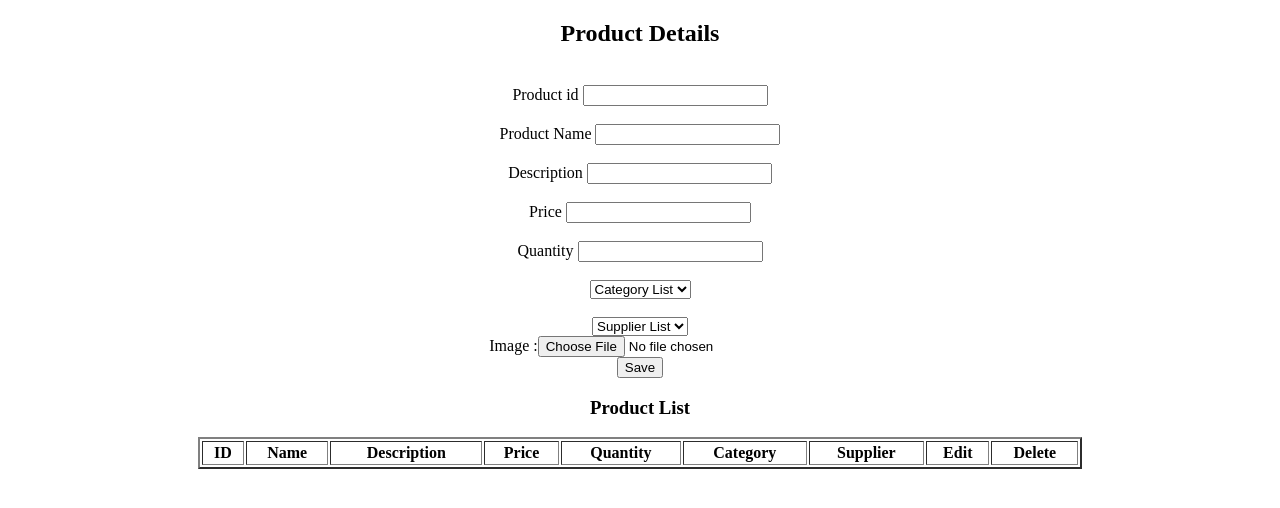
Repository: maravinthan006/springmvc
Page: http://localhost/shoppingcart/WEB-INF/view/Product.jsp
The author's editor kept a copy of each file at every save. The page is drawn from the files as they stood at one save, then again after the next save.
The browser window is 1280 px wide. The pictures show the whole page.
The page is served by Tomcat 9. Nobody is signed in. Other server files are loaded and not shown. The template is opened directly, without the code that normally fills it, so the values that code supplies are empty.

Above is the page before, as saved 2017-04-07 06:40:10.

### Workspace/shoppingcart/src/main/webapp/WEB-INF/view/Product.jsp
<%@ page language="java" contentType="text/html; charset=ISO-8859-1"
    pageEncoding="ISO-8859-1"%>
    <%@ taglib prefix="c"
           uri="http://java.sun.com/jsp/jstl/core" %>

<%@ taglib uri="http://www.springframework.org/tags/form" prefix="form" %>
<!DOCTYPE html PUBLIC "-//W3C//DTD HTML 4.01 Transitional//EN" "http://www.w3.org/TR/html4/loose.dtd">
<html>
<head>
<meta http-equiv="Content-Type" content="text/html; charset=ISO-8859-1">
<title>Product</title>
</head>
<body>
<center>
      <h2>Product Details</h2>


      <form:form action="saveproduct" commandName="product" method="post" enctype="multipart/form-data">
          <br> <label for="id">Product id</label>
          <input type="text" name="id" value="${values.id}" class="form-control" /><br>

          <br><label for="inputName">Product Name</label>
          <input type="text" name="name" value="${values.name}" class="form-control" /><br>

          <br><label for="inputDescription">Description</label>
          <input type="text" name="description" value="${values.description}" class="form-control" /><br>

          <br><label for="inputPrice">Price</label>
          <input type="text" name="price" value="${values.price}"  class="form-control" /><br>

          <br><label for="inputQuantity"> Quantity</label>
          <input type="text" name="quantity" value="${values.quantity}" class="form-control" /><br>

<br><select name="category_id">
<option value=category>Category List</option>
<c:forEach var="category" items="${category_drop}">
<option  value="${category.id}">${category.name} </option>
</c:forEach>
</select>
<br>

 <br><select name="supplier_id">
<option value=supplier>Supplier List</option>
<c:forEach var="supplier" items="${supplier_drop}">
<option value="${supplier.id}">${supplier.name}</option>
 </c:forEach>
</select>
<br>

 <label for="image">Image :</label><form:input path="image" type="file"/>
 <br> <button type="submit" class="btn btn btn-primary">
          Save
        </button>  <br>
        </form:form>
        </center>

    <div align="center"><h3>Product List</h3>
   		<table border="2" width="70%" cellpadding="2">
  			<tr>
				<th>ID</th>
				<th>Name</th>
				<th>Description</th>
				<th>Price</th>
				<th>Quantity</th>
				<th>Category</th>
				<th>Supplier</th>
				<th>Edit</th>
				<th>Delete</th>
			</tr>
   <c:forEach var="product" items="${productList}">
				<tr>
					<td>${product.id}</td>
					<td>${product.name}</td>
					<td>${product.description}</td>
					<td>${product.price}</td>
					<td>${product.quantity}</td>
					<td>${product.category_id}</td>
					<td>${product.supplier_id}</td>

					<td><a href="editproduct?productId=${product.id}">Edit</a></td>

					<td><a href="deleteproduct?productId=${product.id}">Delete</a></td>
				</tr>
			</c:forEach>
		</table>
    </div>
     </body>
</html>

After the next save:
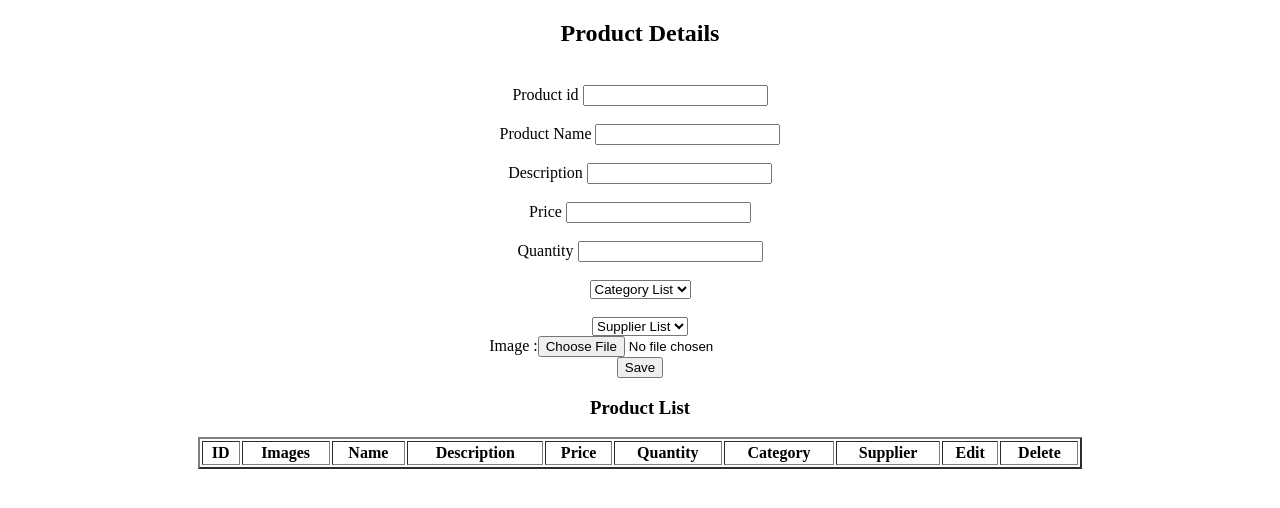
Saved 7 min 27 s later.
--- a/Workspace/shoppingcart/src/main/webapp/WEB-INF/view/Product.jsp
+++ b/Workspace/shoppingcart/src/main/webapp/WEB-INF/view/Product.jsp
@@ -58,6 +58,7 @@
    		<table border="2" width="70%" cellpadding="2">
   			<tr>
 				<th>ID</th>
+				<th>Images</th>
 				<th>Name</th>
 				<th>Description</th>
 				<th>Price</th>
